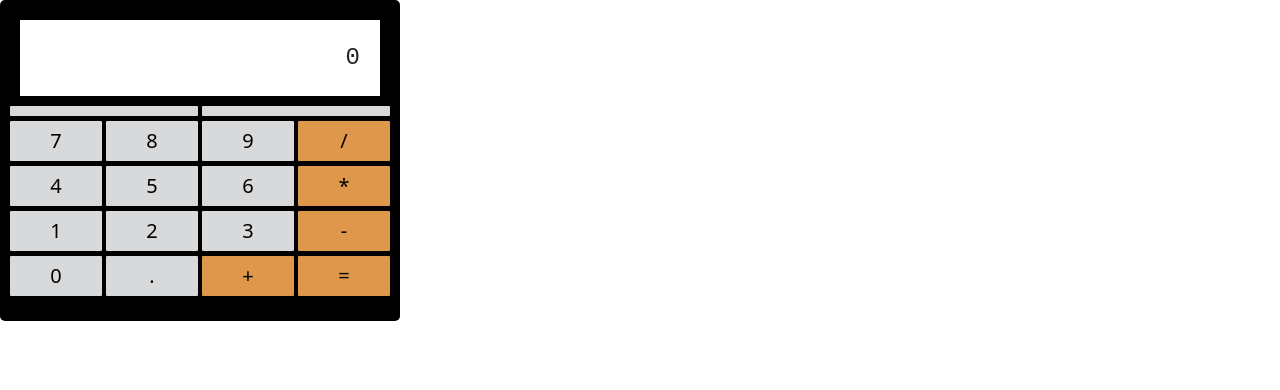
Repository: jgramirez0210/LAB-calculator
Page: index.html
An editor plug-in stored every save of this project. The page is shown before and after the next save, followed by the edit.
The browser window is 1280 px wide. The pictures show the whole page.

Above is the page before, as saved 2023-10-10 21:06:23.

After the next save:
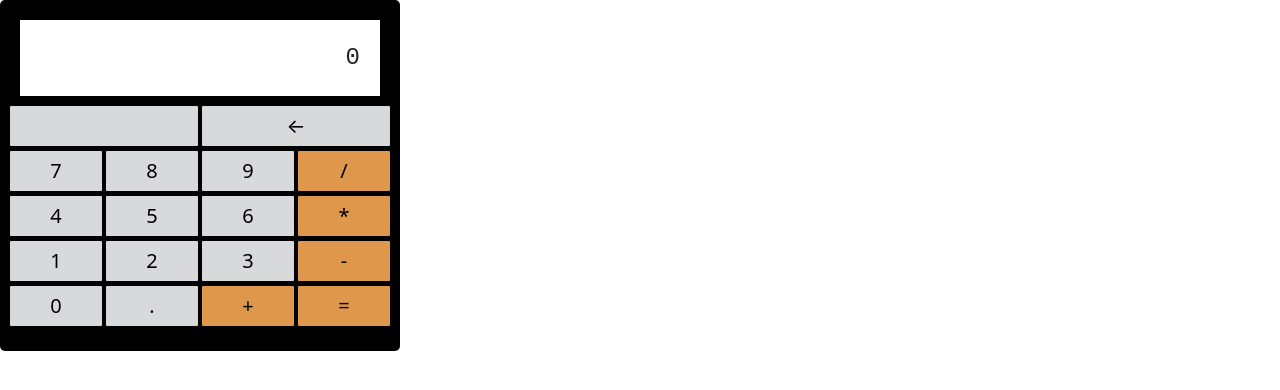
Saved 19 s later.
--- a/index.html
+++ b/index.html
@@ -12,7 +12,7 @@
     <div class="display">0</div>
     <div class="row">
       <button id="clear-btn"></button>
-      <button id="back"></button>
+      <button id="back">&#8592;</button>
     </div>
     <div class="row">
         <button>7</button>
